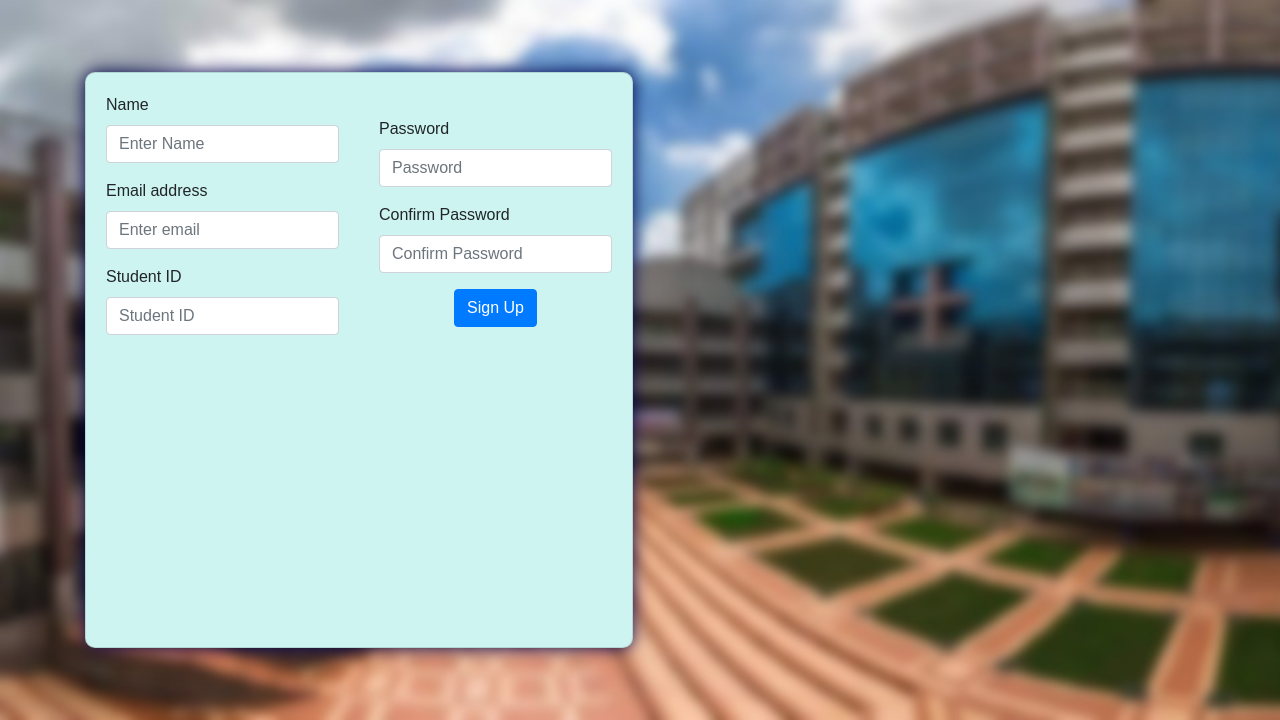
Repository: injamam00155/IUB_Alumni_Bridge
Page: Frontend/signup.html
An editor plug-in stored every save of this project. The page is shown before and after the next save, followed by the edit.
The browser window is 1280 px wide. The pictures show the whole page.

Above is the page before, as saved 2023-04-02 01:35:05.

After the next save:
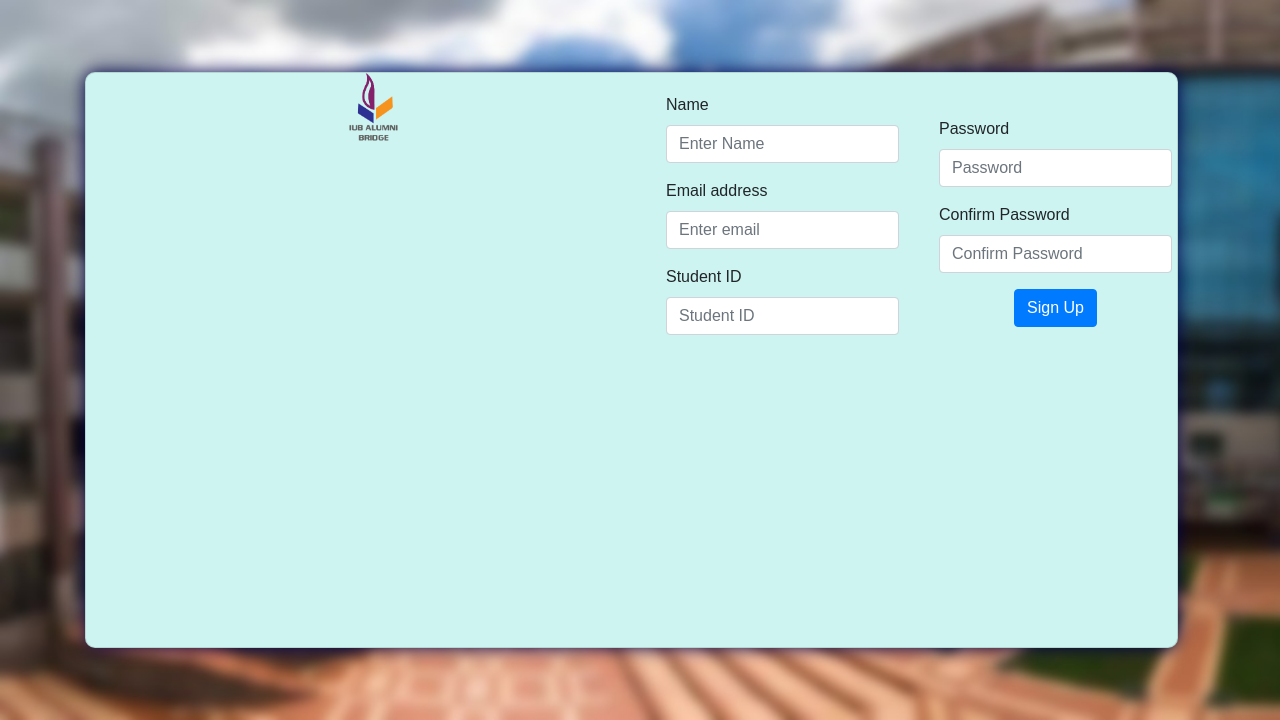
Saved 117 s later.
--- a/Frontend/signup.html
+++ b/Frontend/signup.html
@@ -12,60 +12,68 @@
     <div class="container">
 
         <div class="card">
+            <div class="row">
+                <div class="text-center logo">
+                    <img class="text-center" src="/Frontend/img/iubalumnibridgelogo.png" alt="logo">
+                </div>
+            </div>
             <!-- <img src="/Frontend/img/alumni.jpg" class="card-img-top" alt="Alumni">
             <div class="card-img-overlay description">
                 <h3 class="text-left">IUB Alumni Bridge</h3>
                 <p class="text-left">The IUB Alumni Bridge is a social media platform that connects alumni of Independent University, Bangladesh (IUB) with current students and the university community. It provides alumni with updates about events and job opportunities, while allowing students to connect with alumni and receive mentorship and guidance.</p>
             </div> -->
-            <div class="card-body col-6">
-                <!-- <h3 class="text-left">IUB Alumni Bridge</h3>
-                <p class="text-left">The IUB Alumni Bridge is a social media platform that connects alumni of Independent University, Bangladesh (IUB) with current students and the university community. It provides alumni with updates about events and job opportunities, while allowing students to connect with alumni and receive mentorship and guidance.</p> -->
-                <form>
-                    <div class="form-group">
-                        <label for="inputName">Name</label>
-                        <input type="name" class="form-control" id="inputName" placeholder="Enter Name">
-                    </div>
-                    <div class="form-group">
-                        <label for="inputEmail">Email address</label>
-                        <input type="email" class="form-control" id="inputEmail" placeholder="Enter email">
-                    </div>
-                    <div class="form-group">
-                        <label for="iubId">Student ID</label>
-                        <input type="Id" class="form-control" id="iubId" placeholder="Student ID">
-                    </div>
-                </form>
+            <div class="row">
+                <div class="card-body">
+                    <!-- <h3 class="text-left">IUB Alumni Bridge</h3>
+                    <p class="text-left">The IUB Alumni Bridge is a social media platform that connects alumni of Independent University, Bangladesh (IUB) with current students and the university community. It provides alumni with updates about events and job opportunities, while allowing students to connect with alumni and receive mentorship and guidance.</p> -->
+                    <form>
+                        <div class="form-group">
+                            <label for="inputName">Name</label>
+                            <input type="name" class="form-control" id="inputName" placeholder="Enter Name">
+                        </div>
+                        <div class="form-group">
+                            <label for="inputEmail">Email address</label>
+                            <input type="email" class="form-control" id="inputEmail" placeholder="Enter email">
+                        </div>
+                        <div class="form-group">
+                            <label for="iubId">Student ID</label>
+                            <input type="Id" class="form-control" id="iubId" placeholder="Student ID">
+                        </div>
+                    </form>
+                </div>
+                <div class="card-body">
+                    <!-- <div class="text-center logo">
+                        <img class="text-center" src="/Frontend/img/iubalumnibridgelogo.png" alt="logo">
+                    </div> -->
+                    <br>
+                    <form>
+                        <!-- <div class="form-group">
+                            <label for="inputName">Name</label>
+                            <input type="name" class="form-control" id="inputName" placeholder="Enter Name">
+                        </div>
+                        <div class="form-group">
+                            <label for="inputEmail">Email address</label>
+                            <input type="email" class="form-control" id="inputEmail" placeholder="Enter email">
+                        </div>
+                        <div class="form-group">
+                            <label for="iubId">Student ID</label>
+                            <input type="Id" class="form-control" id="iubId" placeholder="Student ID">
+                        </div> -->
+                        <div class="form-group">
+                            <label for="inputPassword">Password</label>
+                            <input type="password" class="form-control" id="inputPassword" placeholder="Password">
+                        </div>
+                        <div class="form-group">
+                            <label for="confirmPassword">Confirm Password</label>
+                            <input type="password" class="form-control" id="confirmPassword" placeholder="Confirm Password">
+                        </div>
+                        <div class="text-center">
+                            <button type="submit" class="btn btn-primary text-center">Sign Up</button>
+                        </div>
+                    </form>
+                </div>
             </div>
-            <div class="card-body col-6">
-                <!-- <div class="text-center logo">
-                    <img class="text-center" src="/Frontend/img/iubalumnibridgelogo.png" alt="logo">
-                </div> -->
-                <br>
-                <form>
-                    <!-- <div class="form-group">
-                        <label for="inputName">Name</label>
-                        <input type="name" class="form-control" id="inputName" placeholder="Enter Name">
-                    </div>
-                    <div class="form-group">
-                        <label for="inputEmail">Email address</label>
-                        <input type="email" class="form-control" id="inputEmail" placeholder="Enter email">
-                    </div>
-                    <div class="form-group">
-                        <label for="iubId">Student ID</label>
-                        <input type="Id" class="form-control" id="iubId" placeholder="Student ID">
-                    </div> -->
-                    <div class="form-group">
-                        <label for="inputPassword">Password</label>
-                        <input type="password" class="form-control" id="inputPassword" placeholder="Password">
-                    </div>
-                    <div class="form-group">
-                        <label for="confirmPassword">Confirm Password</label>
-                        <input type="password" class="form-control" id="confirmPassword" placeholder="Confirm Password">
-                    </div>
-                    <div class="text-center">
-                        <button type="submit" class="btn btn-primary text-center">Sign Up</button>
-                    </div>
-                </form>
-            </div>
+
         </div>
     </div>
 
